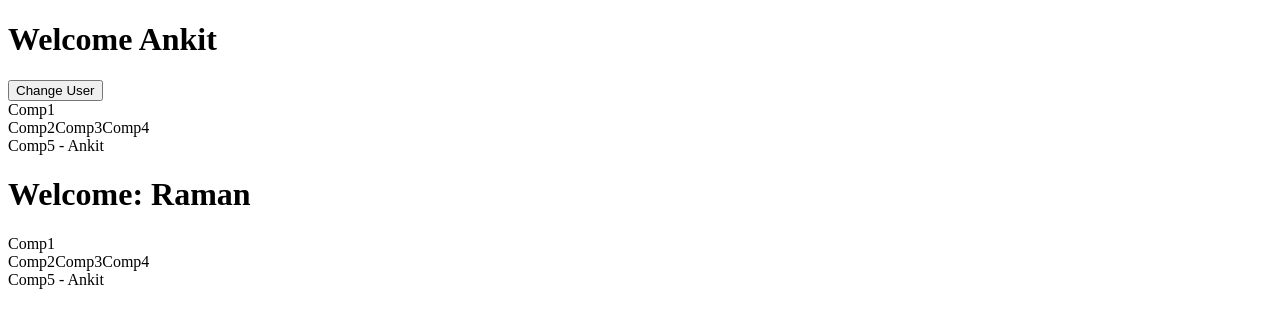
Repository: ankitgujre01/myAppContext2
Page: /
An editor plug-in stored every save of this project. The page is shown before and after a run of saves, followed by the edit.
The browser window is 1280 px wide. The pictures show the whole page.
The project was rebuilt for these pictures with package versions that can differ from the ones it lists, and the page was loaded fresh each time. Also part of the build but not shown: vite.config.js.

Above is the page before, as saved 2025-04-16 18:03:55.

### src/App.jsx
import React from 'react'
import { useState, createContext } from 'react';
import Comp1 from './Comp1';
import Cybrom from './Cybrom';


const myContext = createContext();

const App = () => {

  const [name, setName] = useState("Raman");

  const [user, setUser] = useState("Ankit");

  return (
    <>
      <h1>Welcome {user}</h1>
      <button onClick={() => setUser("Ankit Kumar")}>Change User</button>
      <myContext.Provider value={{ user, setUser }}>
        <Comp1 />

      </myContext.Provider>

      <myContext.Provider value={{ name, setName }}>
        <Cybrom />
      </myContext.Provider>

      <myContext.Provider value={{ user, setUser }}>
        <Comp1 />
      </myContext.Provider>
    </>
  )
}

export default App;
export { myContext };

### src/Comp1.jsx
import React from 'react'
import Comp2 from './Comp2';
const Comp1 = ({user}) => {
    return (
      <>
      <div>Comp1</div>
            <Comp2 user={user} />
            </>
  )
}

export default Comp1;

### src/Cybrom.jsx
import React from 'react'
import { useContext } from 'react';
import { myContext } from './App';
const Cybrom = () => {
    const { name } = useContext(myContext);
    console.log(name);
  return (
      <>
          <h1>Welcome: {name} </h1>
      </>
  )
}

export default Cybrom;

### src/Comp2.jsx
import React from 'react'
import Comp3 from './Comp3';


const Comp2 = ({user}) => {
  return (
      <div>Comp2
          <Comp3 user={user}/>
    </div>
  )
}

export default Comp2;

### src/Comp3.jsx
import React from 'react'
import Comp4 from './Comp4';

const Comp3 = ({user}) => {
  return (
      <>
          Comp3
          <Comp4 user={user}/>
      </>
  )
}

export default Comp3;

### src/Comp4.jsx
import React from 'react'
import Comp5 from './Comp5';


const Comp4 = ({user}) => {
  return (
      <>
          Comp4
          <Comp5 user={user}/>
      </>
  )
}

export default Comp4;

### src/Comp5.jsx
import React, { useContext } from 'react';
import { myContext } from './App';

const Comp5 = () => {
  const { user } = useContext(myContext);

  return (
    <>
      <div>Comp5 - {user}</div>
    </>
  );
};

export default Comp5;

### src/Cybrom2.jsx
import React from 'react'

const Cybrom2 = ({children}) => {
  return (
      <>
          <h2>Welcome to Cybrom</h2>
          {children}
      </>
  )
}

export default Cybrom2;

Loaded but not shown: index.html (common file); src/main.jsx (common file)

After the next 4 saves:
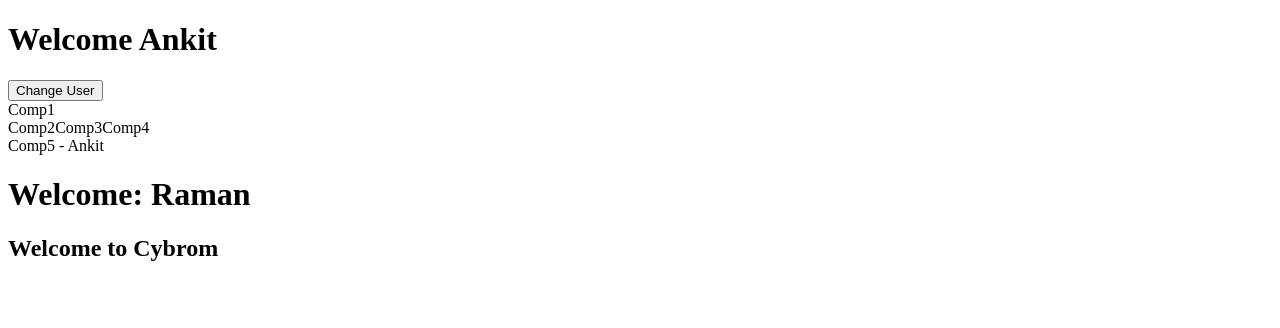
The 4 saves are shown as one change because 1 did not build or start and some came seconds apart.
The last was saved 12 s later.
--- a/src/App.jsx
+++ b/src/App.jsx
@@ -2,6 +2,7 @@ import React from 'react'
 import { useState, createContext } from 'react';
 import Comp1 from './Comp1';
 import Cybrom from './Cybrom';
+import Cybrom2 from './Cybrom2';
 
 
 const myContext = createContext();
@@ -26,7 +27,7 @@ const App = () => {
       </myContext.Provider>
 
       <myContext.Provider value={{ user, setUser }}>
-        <Comp1 />
+        <Cybrom2/>
       </myContext.Provider>
     </>
   )
